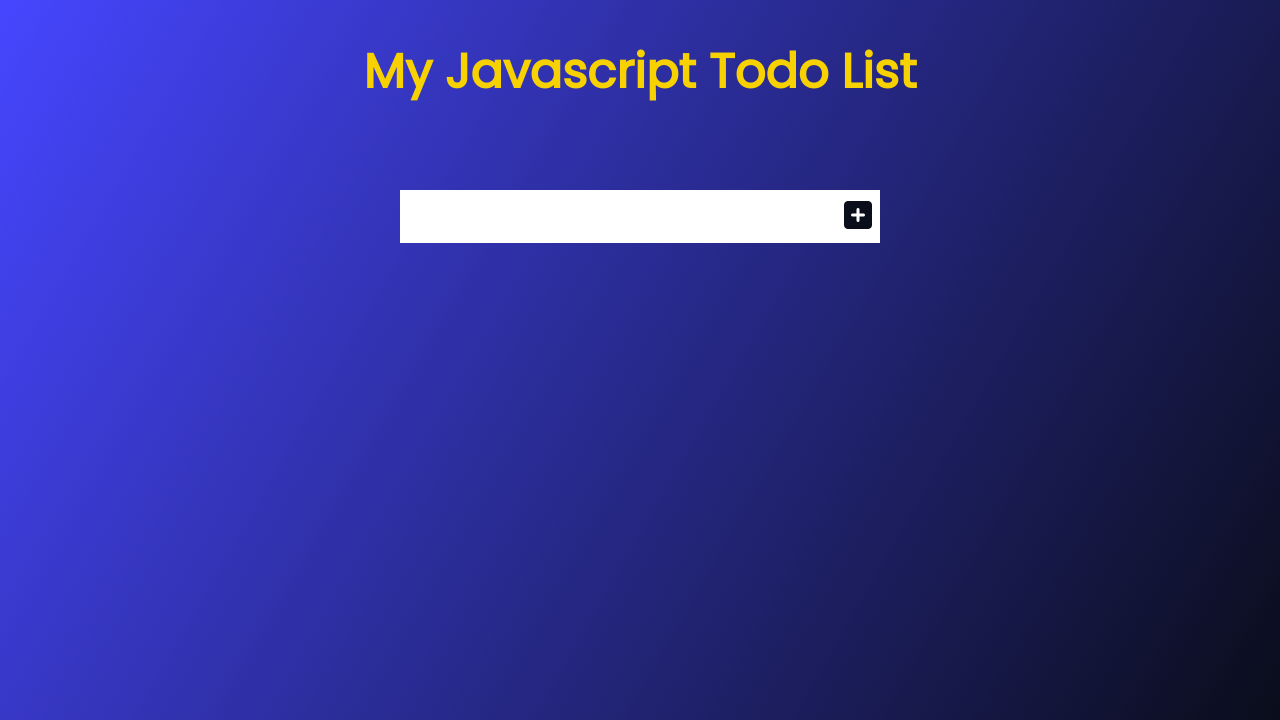
Repository: LuisMiLR/JavaScript-Todo-List
Page: index.html
An editor plug-in stored every save of this project. The page is shown before and after a run of saves, followed by the edit.
The browser window is 1280 px wide. The pictures show the whole page.

Above is the page before, as saved 2023-05-01 14:12:04.

After the next 2 saves:
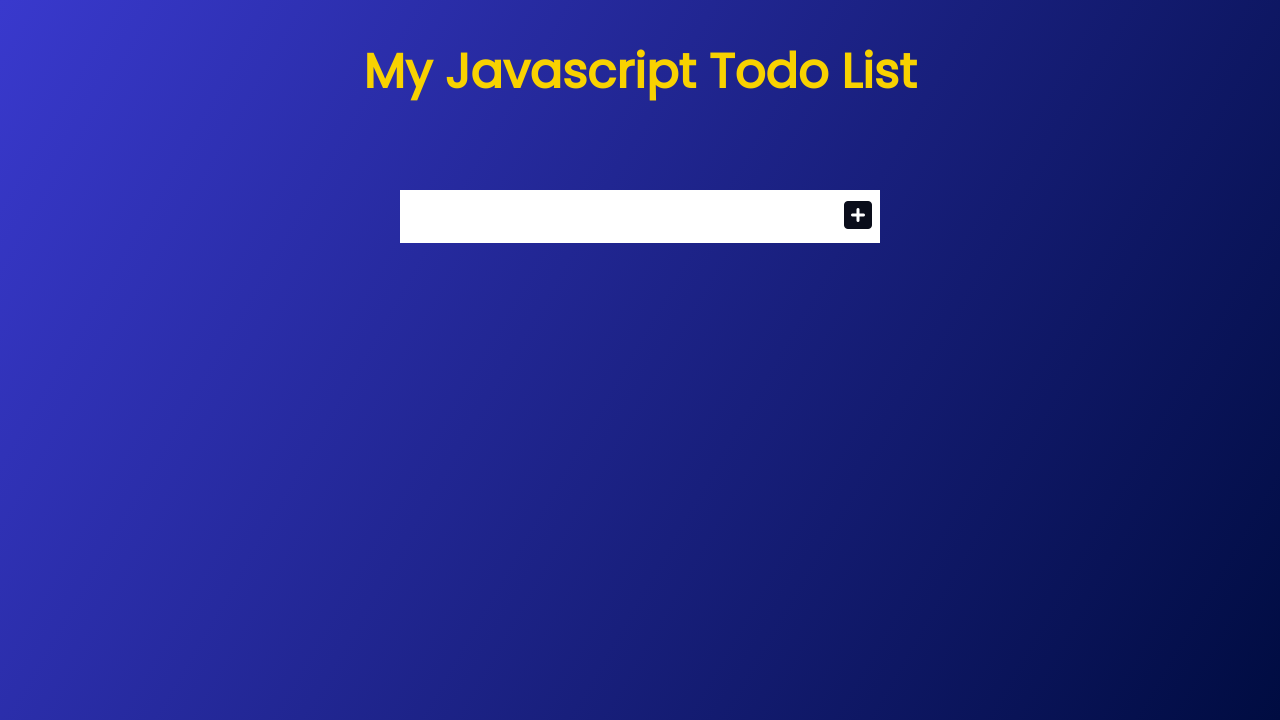
The 2 saves are shown as one change because they came seconds apart.
The last was saved 92 s later.
--- a/style.css
+++ b/style.css
@@ -5,7 +5,7 @@
 }
 
 body {
-    background-image: linear-gradient(120deg, #4646ff,#0a0d1a);
+    background-image: linear-gradient(120deg, #3939cd,#000c41);
     color: rgb(248, 210, 0);
     min-height: 100vh;
     font-family: "poppins",sans-serif;
